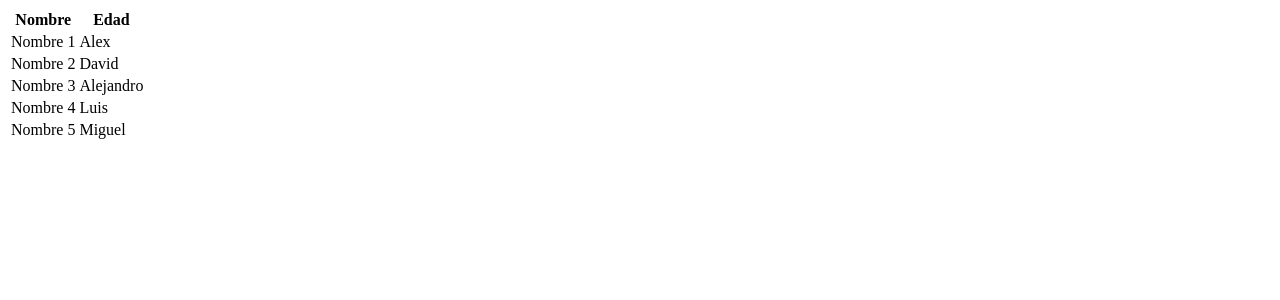
Repository: ThePerez/ArgProg
Page: Practicas ArgProg/Practica 2/Ejercicio1.html
The author's editor kept a copy of each file at every save. The page is drawn from the files as they stood at one save, then again after a run of saves.
The browser window is 1280 px wide. The pictures show the whole page.

Above is the page before, as saved 2023-03-06 11:26:42.

### Practicas ArgProg/Practica 2/Ejercicio1.html
<table>
     <tr>
          <th>Nombre</th>
          <th>Edad</th>
     </tr>
     <tr>
          <td>Nombre 1</td>
          <td>Alex</td>
     </tr>
     <tr>
          <td>Nombre 2</td>
          <td>David</td>
     </tr>
     <tr>
          <td>Nombre 3</td>
          <td>Alejandro</td>
     </tr>
     <tr>
          <td>Nombre 4</td>
          <td>Luis</td>
     </tr>
     <tr>
          <td>Nombre 5</td>
          <td>Miguel</td>
     </tr>
</table>

After the next 2 saves:
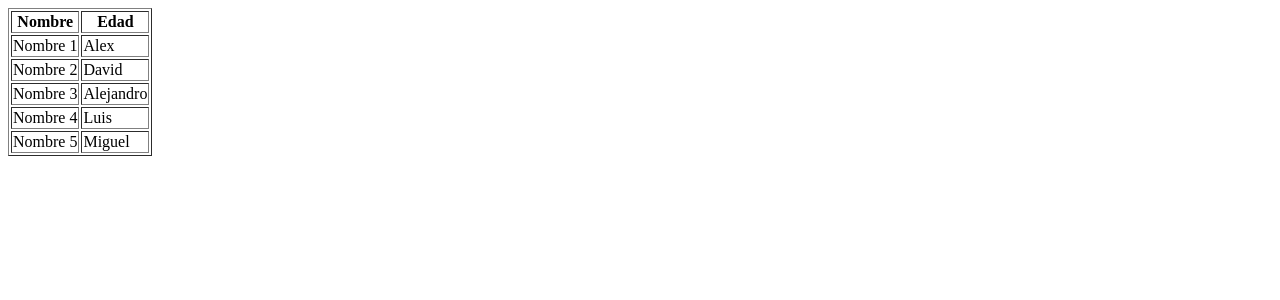
The 2 saves are shown as one change because they came seconds apart.
The last was saved 89 s later.
--- a/Practicas ArgProg/Practica 2/Ejercicio1.html
+++ b/Practicas ArgProg/Practica 2/Ejercicio1.html
@@ -1,4 +1,4 @@
-<table>
+<table border="">
      <tr>
           <th>Nombre</th>
           <th>Edad</th>
